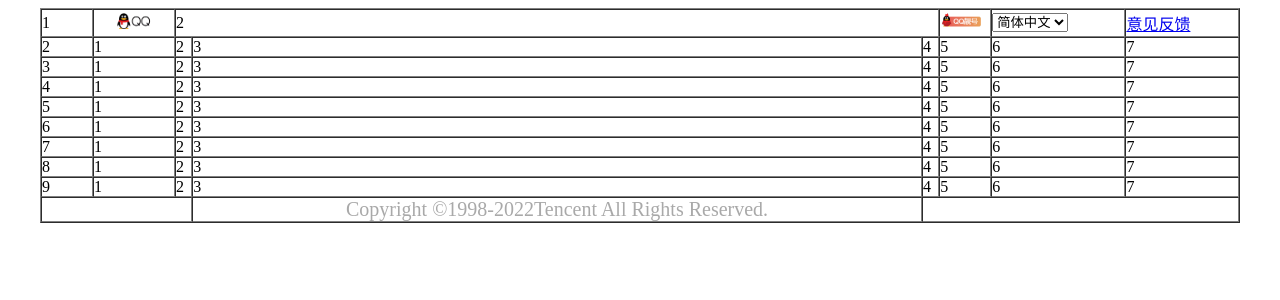
Repository: l897284707/0913
Page: qq注册界面.html
An editor plug-in stored every save of this project. The page is shown before and after the next save, followed by the edit.
The browser window is 1280 px wide. The pictures show the whole page.

Above is the page before, as saved 2022-09-13 20:46:13.

### qq注册界面.html
<!DOCTYPE html>
<html lang="en">

<head>
    <meta charset="UTF-8">
    <meta http-equiv="X-UA-Compatible" content="IE=edge">
    <meta name="viewport" content="width=device-width, initial-scale=1.0">
    <title>Document</title>
</head>

<body>
    <table style="width: 1200px;" align="center" valign="middle" border="1" cellspacing="0" cellpadding="0">
        <tr>
            <td style="width:50px;">
                1
            </td>
            <td align="center" valign="middle" style="width: 80px;"><img src="/img/图片1.png" alt="qq图标" width="50"></td>
            <td colspan="3" style="">2</td>
            <td style="width: 50px;">
                <img src="/img/新建项目.png" alt="">
            </td>
            <td>
                <select>
                    <option value="">简体中文</option>
                    <option value="">繁体中文</option>
                    <option value="">English</option>
                </select>
            </td>
            <td>
                <a href=" ">意见反馈</a>
            </td>
        </tr>
        <tr>
            <td>2</td>
            <td>1</td>
            <td>2</td>
            <td>3</td>
            <td>4</td>
            <td>5</td>
            <td>6</td>
            <td>7</td>
        </tr>
        <tr>
            <td>3</td>
            <td>1</td>
            <td>2</td>
            <td>3</td>
            <td>4</td>
            <td>5</td>
            <td>6</td>
            <td>7</td>
        </tr>
        <tr>
            <td>4</td>
            <td>1</td>
            <td>2</td>
            <td>3</td>
            <td>4</td>
            <td>5</td>
            <td>6</td>
            <td>7</td>
        </tr>
        <tr>
            <td>5</td>
            <td>1</td>
            <td>2</td>
            <td>3</td>
            <td>4</td>
            <td>5</td>
            <td>6</td>
            <td>7</td>
        </tr>
        <tr>
            <td>6</td>
            <td>1</td>
            <td>2</td>
            <td>3</td>
            <td>4</td>
            <td>5</td>
            <td>6</td>
            <td>7</td>
        </tr>
        <tr>
            <td>7</td>
            <td>1</td>
            <td>2</td>
            <td>3</td>
            <td>4</td>
            <td>5</td>
            <td>6</td>
            <td>7</td>
        </tr>
        <tr>
            <td>8</td>
            <td>1</td>
            <td>2</td>
            <td>3</td>
            <td>4</td>
            <td>5</td>
            <td>6</td>
            <td>7</td>
        </tr>
        <tr>
            <td>9</td>
            <td>1</td>
            <td>2</td>
            <td>3</td>
            <td>4</td>
            <td>5</td>
            <td>6</td>
            <td>7</td>
        </tr>
        <tr>
            <td colspan="3"></td>

            <td align="center">
                <label style="font-size: 20px; color: darkgrey;">Copyright ©1998-2022Tencent All Rights Reserved.</label>
            </td>
            <td colspan="4"> </td>

        </tr>
    </table>

</body>

</html>

After the next save:
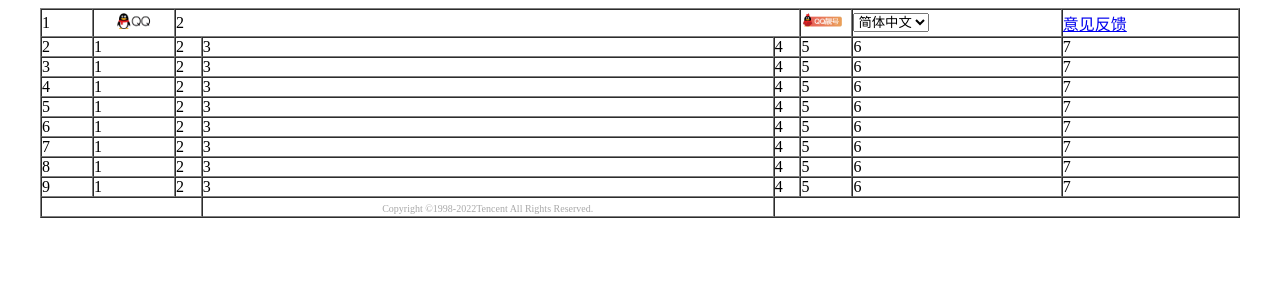
Saved 6 s later.
--- a/qq注册界面.html
+++ b/qq注册界面.html
@@ -114,7 +114,7 @@
             <td colspan="3"></td>
 
             <td align="center">
-                <label style="font-size: 20px; color: darkgrey;">Copyright ©1998-2022Tencent All Rights Reserved.</label>
+                <label style="font-size: 10px; color: darkgrey;">Copyright ©1998-2022Tencent All Rights Reserved.</label>
             </td>
             <td colspan="4"> </td>
 
